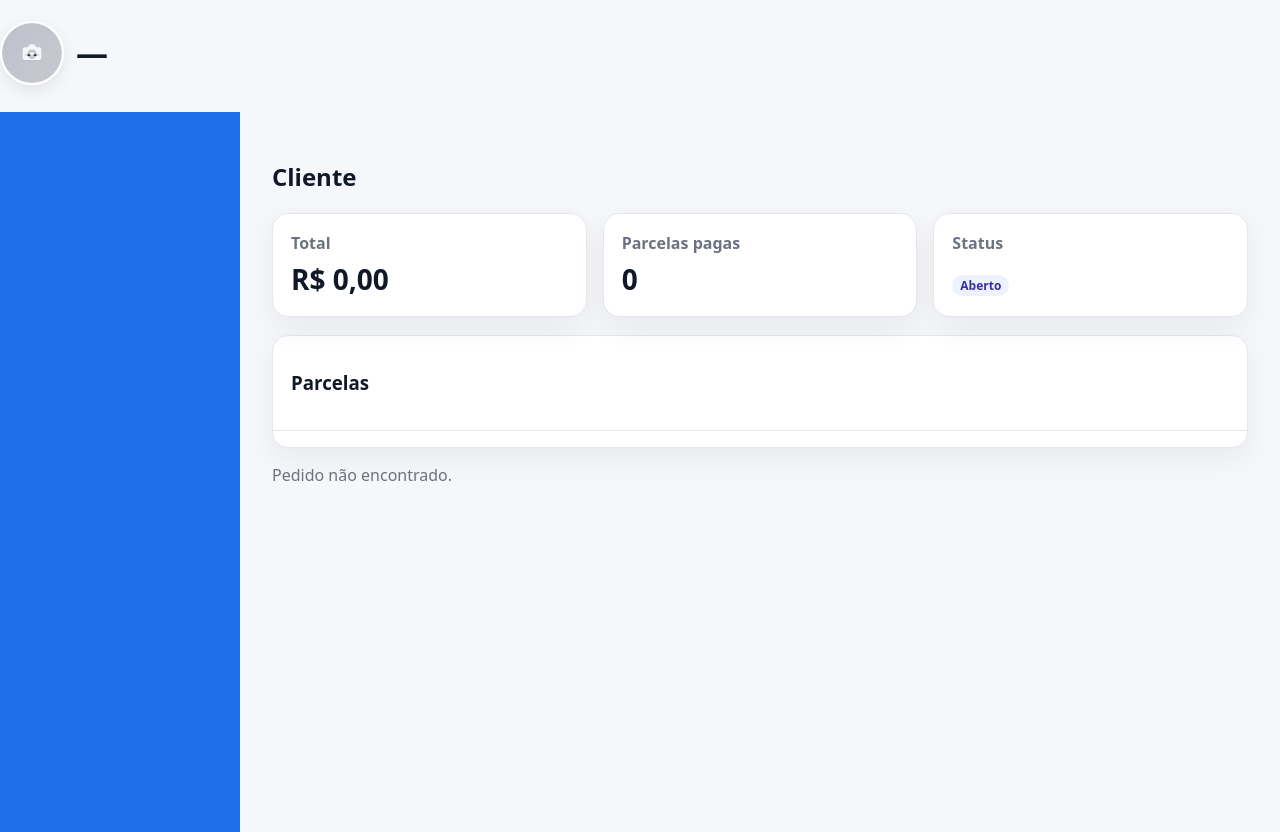
Repository: Rob-son-prog/NegocioSistema
Page: portal.html
The author's editor kept a copy of each file at every save. The page is drawn from the files as they stood at one save, then again after the next save.
The browser window is 1280 px wide. The pictures show the whole page.

Above is the page before, as saved 2025-08-27 15:07:44.

After the next save:
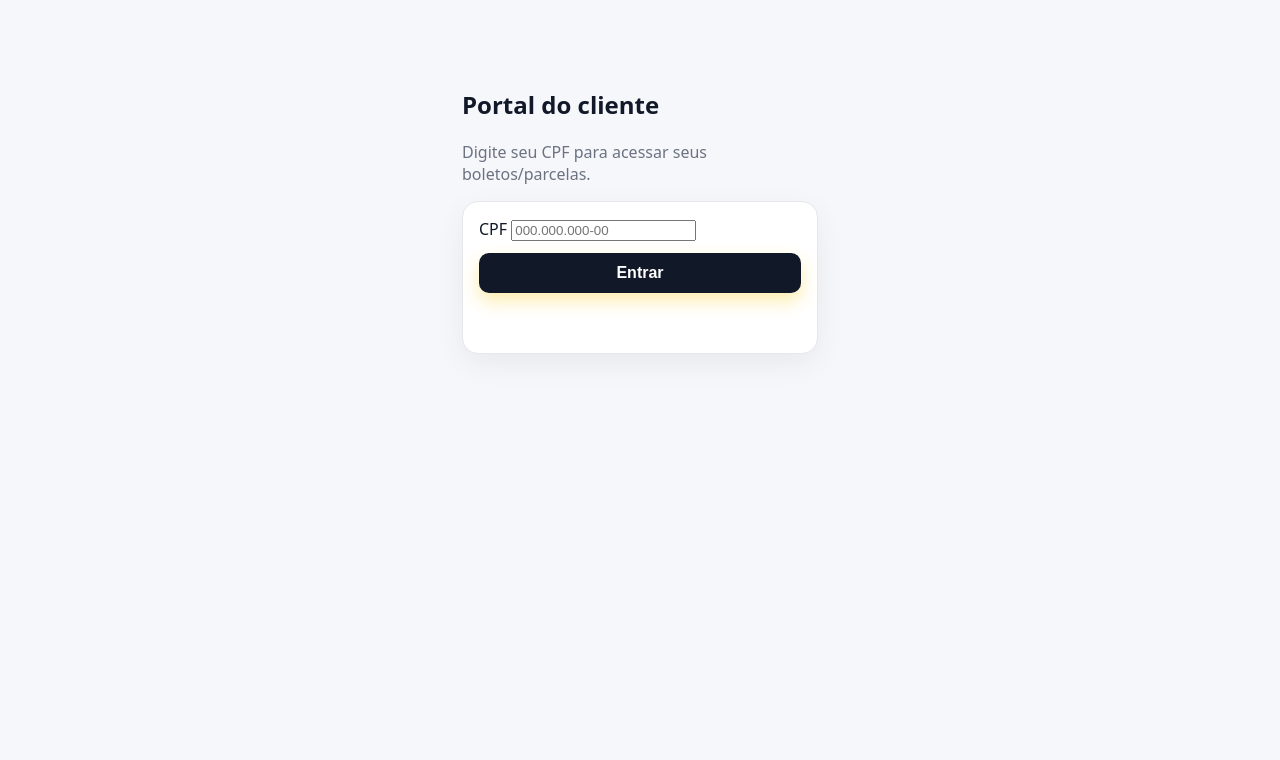
Saved 5 min 15 s later.
--- a/portal.html
+++ b/portal.html
@@ -2,94 +2,74 @@
 <html lang="pt-BR">
 <head>
   <meta charset="utf-8" />
-  <title>Portal do cliente</title>
   <meta name="viewport" content="width=device-width,initial-scale=1" />
-  <link rel="stylesheet" href="style.css?v=5" />
-
-
+  <title>Acesso do cliente</title>
+  <link rel="stylesheet" href="style.css?v=6" />
 </head>
 <body class="dashboard">
+  <div class="content" style="max-width:420px;margin:40px auto">
+    <h2>Portal do cliente</h2>
+    <p class="muted">Digite seu CPF para acessar seus boletos/parcelas.</p>
 
-
-   <!-- Cabeçalho do cliente com avatar redondo -->
-<div class="client-head">
-  <div class="client-left">
-    <label class="avatar-upload" title="Alterar foto">
-      <input type="file" id="avatarInput" accept="image/*" hidden>
-      <img id="avatarImg" alt="Foto do cliente">
-      <span id="avatarInitials">?</span>
-    </label>
-
-    <div class="client-titles">
-      <h1 id="clientName">—</h1>
-      <div class="muted" id="clientSub"></div>
-    </div>
+    <form id="formLogin" class="card" style="padding:16px;display:grid;gap:12px;">
+      <label>CPF
+        <input id="cpf" inputmode="numeric" autocomplete="username" placeholder="000.000.000-00" required />
+      </label>
+      <button id="btn" class="btn primary" type="submit">Entrar</button>
+      <p id="out" class="muted"></p>
+    </form>
   </div>
 
-</div>
+  <script>
+  (function(){
+    const API = 'http://localhost:4000';
+    const TOKEN_KEY = 'portal:clientToken';
 
+    // Se já tem sessão, pula direto pro portal
+    const already = localStorage.getItem(TOKEN_KEY);
+    if (already) { location.href = 'portal.html'; return; }
 
+    const form = document.getElementById('formLogin');
+    const cpfEl = document.getElementById('cpf');
+    const out = document.getElementById('out');
+    const btn = document.getElementById('btn');
 
-  <div class="layout">
-    <aside class="sidebar">
-      <div class="menu">
-        <a href="dashboard.html" class="item" id="btnVoltar" style="display:none">← Voltar ao painel</a>
+    // máscara simples de CPF
+    cpfEl.addEventListener('input', ()=>{
+      let v = cpfEl.value.replace(/\D/g,'').slice(0,11);
+      v = v.replace(/(\d{3})(\d)/,'$1.$2')
+           .replace(/(\d{3})(\d)/,'$1.$2')
+           .replace(/(\d{3})(\d{1,2})$/,'$1-$2');
+      cpfEl.value = v;
+    });
 
-      </div>
-    </aside>
+    form.addEventListener('submit', async (e)=>{
+      e.preventDefault();
+      out.textContent = '';
+      const cpf = cpfEl.value.replace(/\D/g,'');
+      if (cpf.length !== 11){ out.textContent = 'CPF inválido.'; return; }
 
-    <main class="content">
-      <div class="topbar">
-        <h2 id="clienteNome">Cliente</h2>
-        <div id="clienteMeta" class="muted"></div>
-      </div>
-
-      <section class="cards" style="grid-template-columns:repeat(3,minmax(0,1fr));">
-        <div class="card">
-          <div class="card-title">Total</div>
-          <div class="card-value" id="k-total">R$ 0,00</div>
-        </div>
-        <div class="card">
-          <div class="card-title">Parcelas pagas</div>
-          <div class="card-value" id="k-pagas">0</div>
-        </div>
-        <div class="card">
-          <div class="card-title">Status</div>
-          <div class="card-value"><span id="k-status" class="pill aberto">Aberto</span></div>
-        </div>
-      </section>
-
-      <section class="panel">
-        <div class="panel-header"><h3>Parcelas</h3></div>
-        <div class="panel-body">
-          <div id="parcelas" class="parcel-list"></div>
-        </div>
-      </section>
-
-      <p id="msg" class="muted"></p>
-    </main>
-  </div>
-
-  <script src="portal.js"></script>
-
-  <script>
-(function(){
-  const params  = new URLSearchParams(location.search);
-  const isAdmin = ['id','cid','oid'].some(k => params.get(k));
-  const backBtn = document.getElementById('btnVoltar');
-
-  document.body.dataset.mode = isAdmin ? 'admin' : 'client';
-
-  if (isAdmin) {
-    backBtn && (backBtn.style.display = '');   // exibe para admin
-  } else {
-    backBtn && backBtn.remove();               // cliente: remove do DOM
-  }
-})();
-</script>
-
-
-
-
+      btn.disabled = true;
+      try{
+        const res = await fetch(API + '/api/auth/client-login', {
+          method: 'POST',
+          headers: { 'Content-Type': 'application/json' },
+          body: JSON.stringify({ cpf })
+        });
+        if (!res.ok){
+          out.textContent = res.status === 404 ? 'CPF não encontrado.' : 'Não foi possível entrar.';
+          btn.disabled = false;
+          return;
+        }
+        const data = await res.json();
+        localStorage.setItem(TOKEN_KEY, data.token);
+        location.href = 'portal.html';
+      }catch(err){
+        out.textContent = 'Falha de conexão com o servidor.';
+        btn.disabled = false;
+      }
+    });
+  })();
+  </script>
 </body>
 </html>

After the save that followed:
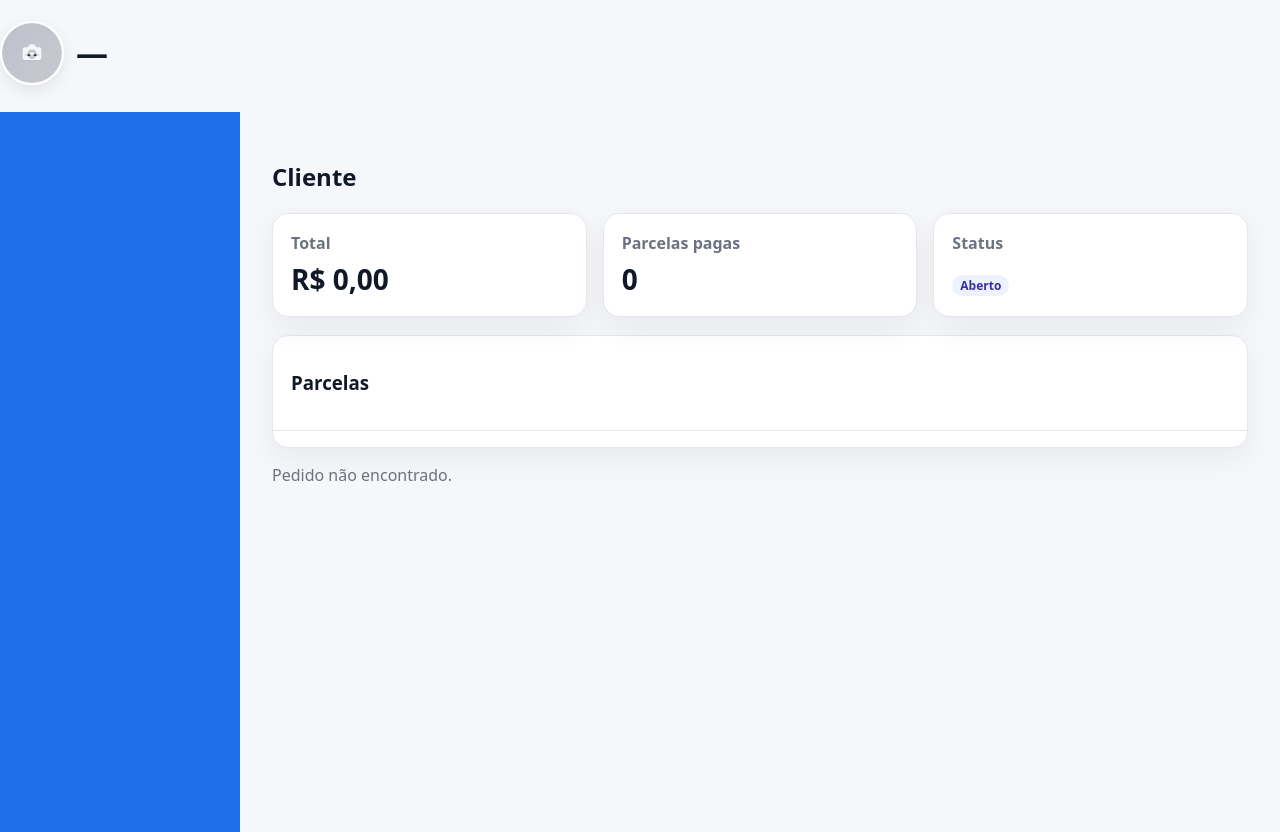
Saved 4 min 53 s later.
--- a/portal.html
+++ b/portal.html
@@ -2,74 +2,94 @@
 <html lang="pt-BR">
 <head>
   <meta charset="utf-8" />
+  <title>Portal do cliente</title>
   <meta name="viewport" content="width=device-width,initial-scale=1" />
-  <title>Acesso do cliente</title>
-  <link rel="stylesheet" href="style.css?v=6" />
+  <link rel="stylesheet" href="style.css?v=5" />
+
+
 </head>
 <body class="dashboard">
-  <div class="content" style="max-width:420px;margin:40px auto">
-    <h2>Portal do cliente</h2>
-    <p class="muted">Digite seu CPF para acessar seus boletos/parcelas.</p>
 
-    <form id="formLogin" class="card" style="padding:16px;display:grid;gap:12px;">
-      <label>CPF
-        <input id="cpf" inputmode="numeric" autocomplete="username" placeholder="000.000.000-00" required />
-      </label>
-      <button id="btn" class="btn primary" type="submit">Entrar</button>
-      <p id="out" class="muted"></p>
-    </form>
+
+   <!-- Cabeçalho do cliente com avatar redondo -->
+<div class="client-head">
+  <div class="client-left">
+    <label class="avatar-upload" title="Alterar foto">
+      <input type="file" id="avatarInput" accept="image/*" hidden>
+      <img id="avatarImg" alt="Foto do cliente">
+      <span id="avatarInitials">?</span>
+    </label>
+
+    <div class="client-titles">
+      <h1 id="clientName">—</h1>
+      <div class="muted" id="clientSub"></div>
+    </div>
   </div>
 
+</div>
+
+
+
+  <div class="layout">
+    <aside class="sidebar">
+      <div class="menu">
+        <a href="dashboard.html" class="item" id="btnVoltar" style="display:none">← Voltar ao painel</a>
+
+      </div>
+    </aside>
+
+    <main class="content">
+      <div class="topbar">
+        <h2 id="clienteNome">Cliente</h2>
+        <div id="clienteMeta" class="muted"></div>
+      </div>
+
+      <section class="cards" style="grid-template-columns:repeat(3,minmax(0,1fr));">
+        <div class="card">
+          <div class="card-title">Total</div>
+          <div class="card-value" id="k-total">R$ 0,00</div>
+        </div>
+        <div class="card">
+          <div class="card-title">Parcelas pagas</div>
+          <div class="card-value" id="k-pagas">0</div>
+        </div>
+        <div class="card">
+          <div class="card-title">Status</div>
+          <div class="card-value"><span id="k-status" class="pill aberto">Aberto</span></div>
+        </div>
+      </section>
+
+      <section class="panel">
+        <div class="panel-header"><h3>Parcelas</h3></div>
+        <div class="panel-body">
+          <div id="parcelas" class="parcel-list"></div>
+        </div>
+      </section>
+
+      <p id="msg" class="muted"></p>
+    </main>
+  </div>
+
+  <script src="portal.js"></script>
+
   <script>
-  (function(){
-    const API = 'http://localhost:4000';
-    const TOKEN_KEY = 'portal:clientToken';
+(function(){
+  const params  = new URLSearchParams(location.search);
+  const isAdmin = ['id','cid','oid'].some(k => params.get(k));
+  const backBtn = document.getElementById('btnVoltar');
 
-    // Se já tem sessão, pula direto pro portal
-    const already = localStorage.getItem(TOKEN_KEY);
-    if (already) { location.href = 'portal.html'; return; }
+  document.body.dataset.mode = isAdmin ? 'admin' : 'client';
 
-    const form = document.getElementById('formLogin');
-    const cpfEl = document.getElementById('cpf');
-    const out = document.getElementById('out');
-    const btn = document.getElementById('btn');
+  if (isAdmin) {
+    backBtn && (backBtn.style.display = '');   // exibe para admin
+  } else {
+    backBtn && backBtn.remove();               // cliente: remove do DOM
+  }
+})();
+</script>
 
-    // máscara simples de CPF
-    cpfEl.addEventListener('input', ()=>{
-      let v = cpfEl.value.replace(/\D/g,'').slice(0,11);
-      v = v.replace(/(\d{3})(\d)/,'$1.$2')
-           .replace(/(\d{3})(\d)/,'$1.$2')
-           .replace(/(\d{3})(\d{1,2})$/,'$1-$2');
-      cpfEl.value = v;
-    });
 
-    form.addEventListener('submit', async (e)=>{
-      e.preventDefault();
-      out.textContent = '';
-      const cpf = cpfEl.value.replace(/\D/g,'');
-      if (cpf.length !== 11){ out.textContent = 'CPF inválido.'; return; }
 
-      btn.disabled = true;
-      try{
-        const res = await fetch(API + '/api/auth/client-login', {
-          method: 'POST',
-          headers: { 'Content-Type': 'application/json' },
-          body: JSON.stringify({ cpf })
-        });
-        if (!res.ok){
-          out.textContent = res.status === 404 ? 'CPF não encontrado.' : 'Não foi possível entrar.';
-          btn.disabled = false;
-          return;
-        }
-        const data = await res.json();
-        localStorage.setItem(TOKEN_KEY, data.token);
-        location.href = 'portal.html';
-      }catch(err){
-        out.textContent = 'Falha de conexão com o servidor.';
-        btn.disabled = false;
-      }
-    });
-  })();
-  </script>
+
 </body>
 </html>
